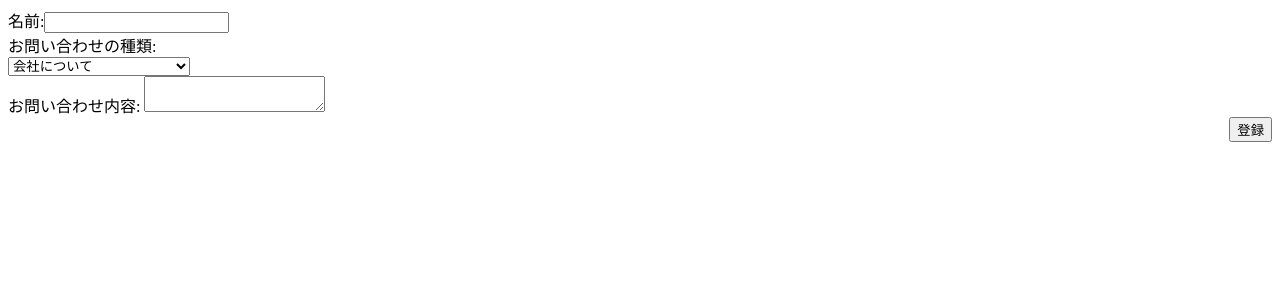
Repository: 8luemitsuho/test
Page: http://localhost/WebProj5/inquiry.jsp
An editor plug-in stored every save of this project. The page is shown before and after the next save, followed by the edit.
The browser window is 1280 px wide. The pictures show the whole page.
The page is served by Tomcat 9. Other server files are loaded and not shown.

Above is the page before, as saved 2019-08-08 08:56:48.

### WebProj5/WebContent/inquiry.jsp
<%@ page language="java" contentType="text/html; charset=UTF-8"
    pageEncoding="UTF-8"%>
<%@ taglib prefix="s" uri="/struts-tags" %>
<!DOCTYPE html>
<html>
<head>
	<meta charset="UTF-8">
	<title>お問い合わせフォーム</title>
</head>
<body>
	<form method="post" action="InquiryCompleteAction">
		名前:<input type="text" name="name"/><br>
		お問い合わせの種類:<br>
		<select name="qtype">
			<option value="company">会社について</option>
			<option value="product">製品について</option>
			<option value="support">アフターサポートについて</option>
		</select>
		<br>
		お問い合わせ内容:
		<s:textarea name="body"/>
		<br> <s:submit value="登録"/>
	</form>
</body>
</html>

After the next save:
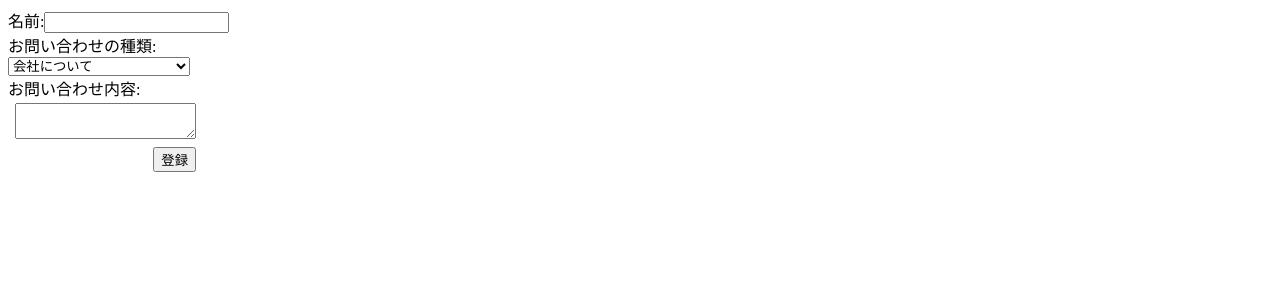
Saved 12 s later.
--- a/WebProj5/WebContent/inquiry.jsp
+++ b/WebProj5/WebContent/inquiry.jsp
@@ -8,7 +8,7 @@
 	<title>お問い合わせフォーム</title>
 </head>
 <body>
-	<form method="post" action="InquiryCompleteAction">
+	<s:form method="post" action="InquiryCompleteAction">
 		名前:<input type="text" name="name"/><br>
 		お問い合わせの種類:<br>
 		<select name="qtype">
@@ -20,6 +20,6 @@
 		お問い合わせ内容:
 		<s:textarea name="body"/>
 		<br> <s:submit value="登録"/>
-	</form>
+	</s:form>
 </body>
 </html>
